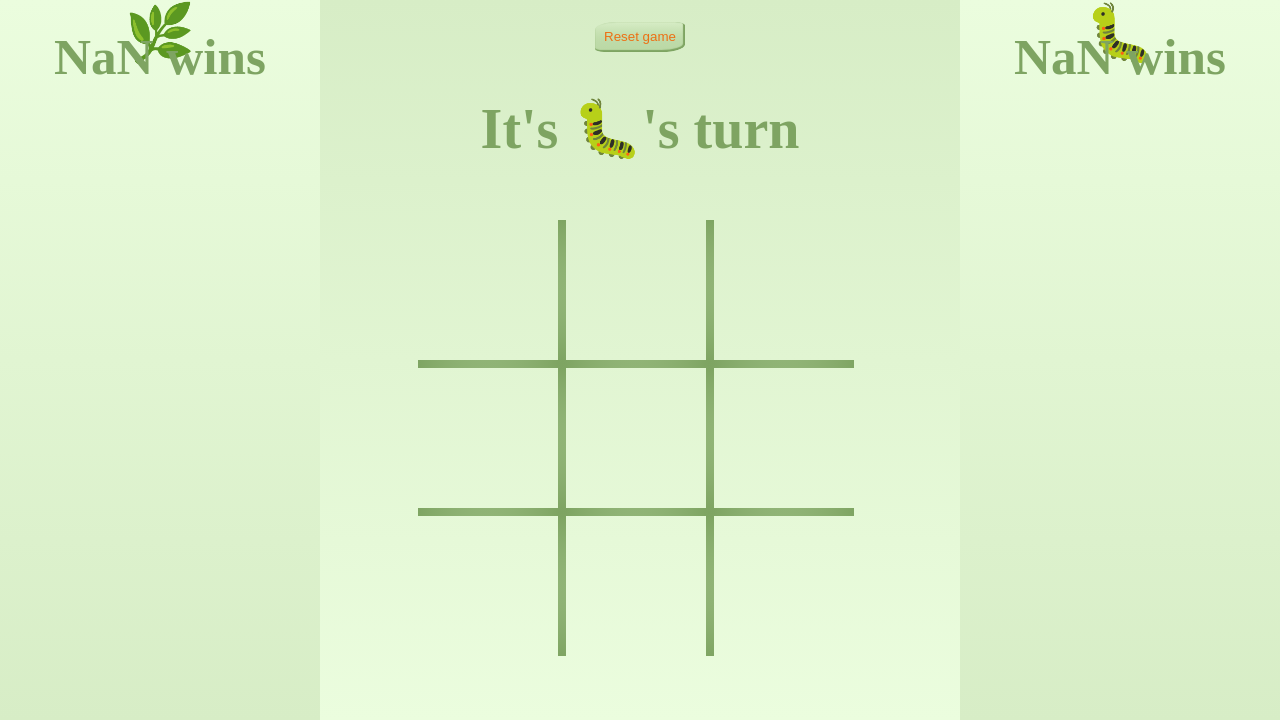
Repository: AsherSpurr/tic-tac-toe
Page: index.html
An editor plug-in stored every save of this project. The page is shown before and after a run of saves, followed by the edit.
The browser window is 1280 px wide. The pictures show the whole page.
Some web fonts or font styles are not loaded; a fallback is used.

Above is the page before, as saved 2024-01-13 19:02:26.

### index.html
<!DOCTYPE html>
<html lang="en">
<head>
    <meta charset="UTF-8">
    <meta name="viewport" content="width=device-width, initial-scale=1.0">
    <link rel="stylesheet" type="text/css" href="styles.css">
    <link rel="preconnect" href="https://fonts.googleapis.com">
    <link rel="preconnect" href="https://fonts.gstatic.com" crossorigin>
    <link href="https://fonts.googleapis.com/css2?family=Bad+Script&family=Poppins:wght@300&display=swap" rel="stylesheet">
    <title>Two player tic tac toe</title>
</head>
<body">
    <section class="column" id="left-column">
        <article class="player-box" id="player1">
            <h3 class="player" id="player1-icon">🌿</h3>
            <h4 class="wins" id="player1-wins"></h4>
        </article>
    </section>
    <section class="game-play">
        <div class="reset-container">
            <button class="reset-button">Reset game</button>
        </div>
        <h1 class="welcome-message">✨Tic Tac Toe✨</h1>
        <h2 class="turns hidden">It's 🐛's turn</h2>
        <section class="gameboard-container">
            <div class="cell" id="cell1"></div>
            <div class="cell" id="cell2"></div>
            <div class="cell" id="cell3"></div>
            <div class="cell" id="cell4"></div>
            <div class="cell" id="cell5"></div>
            <div class="cell" id="cell6"></div>
            <div class="cell" id="cell7"></div>
            <div class="cell" id="cell8"></div>
            <div class="cell" id="cell9"></div>
        </section>
    </section>
    <section class="column" id="right-column">
        <article class="player-box" id="player2">
            <h3 class="player" id="player2-icon">🐛</h3>
            <h4 class="wins" id="player2-wins"></h4>
        </article>
    </section>
</body>
    <script type="text/javascript" src="main.js"></script>
</html>

### styles.css
body {
    height: 100%;
    width: 100%;
    margin: 0;
    font-family: 'Bad Script';
    color: #7ea462;
}

.column {
    background-image: linear-gradient(#ebfdde, #d7edc6);
    height: 100vh;
    width: 25vw;
}

#left-column {
    float: left;
}

#right-column {
    float: right;
}

.game-play {
    background-image: linear-gradient(#d7edc6, #ebfdde);
    height: 100vh;
    width: 50vw;
    float: inline-start;
    display: flex;
    align-items: center;
    flex-direction: column;
    justify-content: space-around;
}

.gameboard-container {
    display: flex;
    flex-wrap: wrap;
    width: 444px;
    height: 366px;
    margin-bottom: 8em;
}

.cell {
    display: flex;
    justify-content: center;
    align-items: center;
    background-color: transparent;
    border-style: solid;
    border-width: 4px;
    border-image: radial-gradient(#bad8a4, #7ea462) 1;
    height: 140px;
    width: 140px;
    font-size: 80px;
}

.player-box {
    display: flex;
    align-items: center;
    flex-direction: column;
    margin: 0;
}

.player {
    font-size: 350%;
    margin: 0;
    margin-bottom: -.70em;
}

.wins {
    font-size: 320%;
    margin: 0;
}

.welcome-message,
.turns {
    font-size: 350%;
    max-height: 20vh;
    margin-top: 5%;
}

.reset-container {
    display: flex;
    align-items: end;
    margin-top: 1em;

}

.reset-button {
    color: #ed7014;
    height: 30px;
    width: 90px;
    border-radius: 25% 10%;
    border: 1px transparent;
    background-image: linear-gradient(0deg, #bad8a4, 70%, #d7edc6);
    box-shadow: inset -1px -1px 1px 1px #7ea462;
}

.cell:nth-child(1) {
    border-top: transparent;
    border-left: transparent;
}


.cell:nth-child(2) {
    border-top: transparent;
}


.cell:nth-child(3) {
    border-top: transparent;
    border-right: transparent;
}


.cell:nth-child(4) {
    border-left: transparent;
}


.cell:nth-child(6) {
    border-right: transparent;
}


.cell:nth-child(7) {
    border-left: transparent;
    border-bottom: transparent;
}


.cell:nth-child(8) {
    border-bottom: transparent;
}


.cell:nth-child(9) {
    border-bottom: transparent;
    border-right: transparent;
}


.hidden {
    display: none;
}

### main.js
var players = [
    {
        name: 'player1',
        icon: '🌿',
        isTurn: false,
        hasWon: false,
        plays: [],
        wins: 0
    },
    {
        name: 'player2',
        icon: '🐛',
        isTurn: true,
        hasWon: false,
        plays: [],
        wins: 0
    }
]

var winningCombos = [
    ['cell1', 'cell2', 'cell3'],
    ['cell4', 'cell5', 'cell6'],
    ['cell7', 'cell8', 'cell9'],
    ['cell1', 'cell4', 'cell7'],
    ['cell2', 'cell5', 'cell8'],
    ['cell3', 'cell6', 'cell9'],
    ['cell1', 'cell5', 'cell9'],
    ['cell3', 'cell5', 'cell7'],
]

var welcomeMessage = document.querySelector('.welcome-message')
var turns = document.querySelector('.turns')
var gameBoard = document.querySelector('.gameboard-container')
var winsPlayer1 = document.getElementById('player1-wins')
var winsPlayer2 = document.getElementById('player2-wins')

window.addEventListener('load', refreshWins)

gameBoard.addEventListener('click', (event) => {
    checkforPlay(event)
});

setTimeout(replaceDisplayMessage, 1500)

function replaceDisplayMessage() {
    turns.classList.remove('hidden')
    welcomeMessage.classList.add('hidden')
}

function checkforPlay(event) {
    var event = event.target.closest('div')
    for (var i = 0; i < players.length; i++) {
        if (players[0].hasWon === true || players[1].hasWon === true) {
            break
        }
        if (players[i].isTurn === true && event.innerText === '') {
            renderCellIcon(event, players[i])
            trackPlay(event, players[i])
            changeTurn()
            trackWins(players[i])
        }
    }
}

function renderCellIcon(event, player) {
    event.innerText = `${player.icon}`
}

function trackPlay(event, player) {
    player.plays.push(event.id)
}

function changeTurn() {
    for (var i = 0; i < players.length; i++) {
        players[i].isTurn = !players[i].isTurn
        renderTurnIcon()
    }
}

function renderTurnIcon() {
    for (var i = 0; i < players.length; i++) {
        if (players[i].isTurn === true) {
            turns.innerText = `It's ${players[i].icon}'s turn`
        }
    }
}

function trackWins(player) {
    for (var i = 0; i < winningCombos.length; i++) {
        counter = 0;
        for (var j = 0; j < player.plays.length; j++) {
            if (winningCombos[i].includes(player.plays[j])) {
                counter++
            }
            if (counter === 3) {
                player.hasWon = true
                // console.log(`line 102: ${player.wins}`)
                player.wins++
                storeWinsLocally(player)
                renderWinner(player)
                renderWins(player)
                setTimeout(reloadGameboard, 1500)
            }
        }
    }
    isDraw(player)
}

function storeWinsLocally() {
    for(var i = 0; i < players.length; i++) {
        if(players[i].name === 'player1') {
            localStorage.setItem('wins0', players[i].wins)
        }
        else {
            localStorage.setItem('wins1', players[i].wins)
        }
    }
    console.log(`wins0: ${localStorage.wins0}`)
    console.log(`wins1: ${localStorage.wins1}`)
    refreshWins()
}

function refreshWins() {
    var wins0 = parseInt(localStorage.getItem('wins0'))
    var wins1 = parseInt(localStorage.getItem('wins1'))

    players[0].wins = wins0
    players[1].wins = wins1

    renderWins(players[0])
    renderWins(players[1])
}

function isDraw(player) {
    if (player.plays.length === 5 && !player.hasWon) {
        declareDraw()
        setTimeout(reloadGameboard, 1500)
    }
}

function renderWinner(player) {
    turns.innerText = `${player.icon} won!`
}

function declareDraw() {
    turns.innerText = `Draw!`
}

function reloadGameboard() {
    for (var i = 0; i < players.length; i++) {
        if (players[i].hasWon === true || players[i].plays.length === 5) {
            for (var child of gameBoard.children) {
                child.innerText = ""
            }
            resetInitialValues()
            renderTurnIcon()
        }

    }
}

function resetInitialValues() {
    for (var i = 0; i < players.length; i++) {
        players[i].hasWon = false
        players[i].plays.splice(0, players[i].plays.length)
    }
}

function renderWins(player) {
    if (player.name === 'player1') {
        winsPlayer1.innerText = `${players[0].wins} wins`
    }
    else {
        winsPlayer2.innerText = `${players[1].wins} wins`
    }
}

After the next 2 saves:
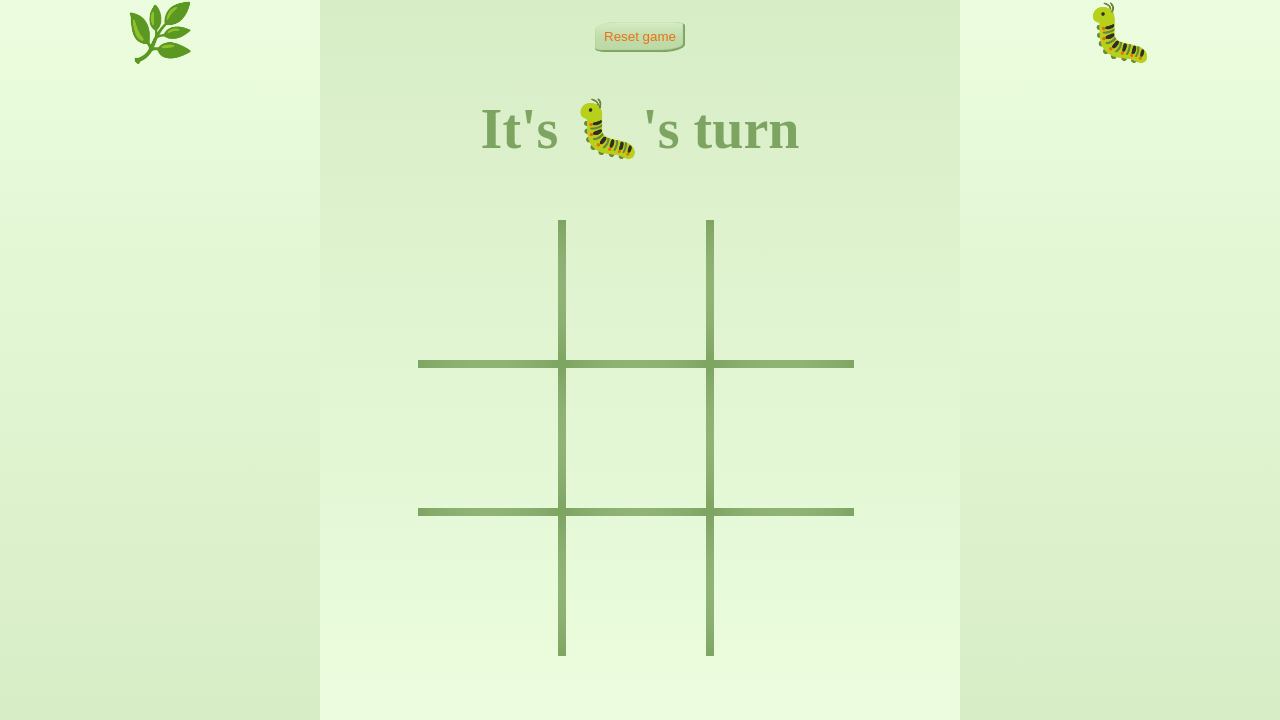
The 2 saves are shown as one change because they came seconds apart.
The last was saved 22 s later.
--- a/main.js
+++ b/main.js
@@ -34,7 +34,7 @@
 var winsPlayer1 = document.getElementById('player1-wins')
 var winsPlayer2 = document.getElementById('player2-wins')
 
-window.addEventListener('load', refreshWins)
+window.addEventListener('load', )
 
 gameBoard.addEventListener('click', (event) => {
     checkforPlay(event)

After the 6 saves that followed:
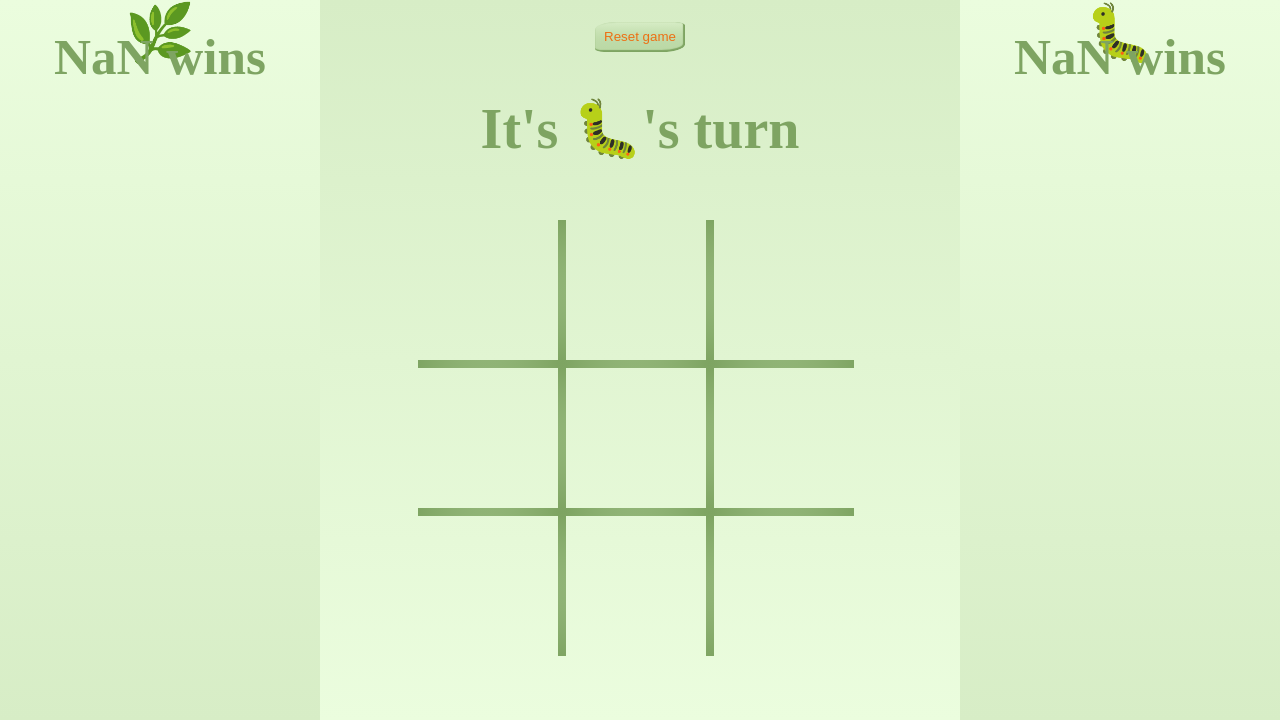
The 6 saves are shown as one change because 3 left the picture as it was and some came seconds apart.
The last was saved 64 s later.
--- a/main.js
+++ b/main.js
@@ -34,7 +34,7 @@
 var winsPlayer1 = document.getElementById('player1-wins')
 var winsPlayer2 = document.getElementById('player2-wins')
 
-window.addEventListener('load', )
+window.addEventListener('load', refreshWins)
 
 gameBoard.addEventListener('click', (event) => {
     checkforPlay(event)
@@ -48,6 +48,8 @@
 }
 
 function checkforPlay(event) {
+    localStorage.setItem('wins0', players[0].wins)
+    localStorage.setItem('wins1', players[1].wins)
     var event = event.target.closest('div')
     for (var i = 0; i < players.length; i++) {
         if (players[0].hasWon === true || players[1].hasWon === true) {
